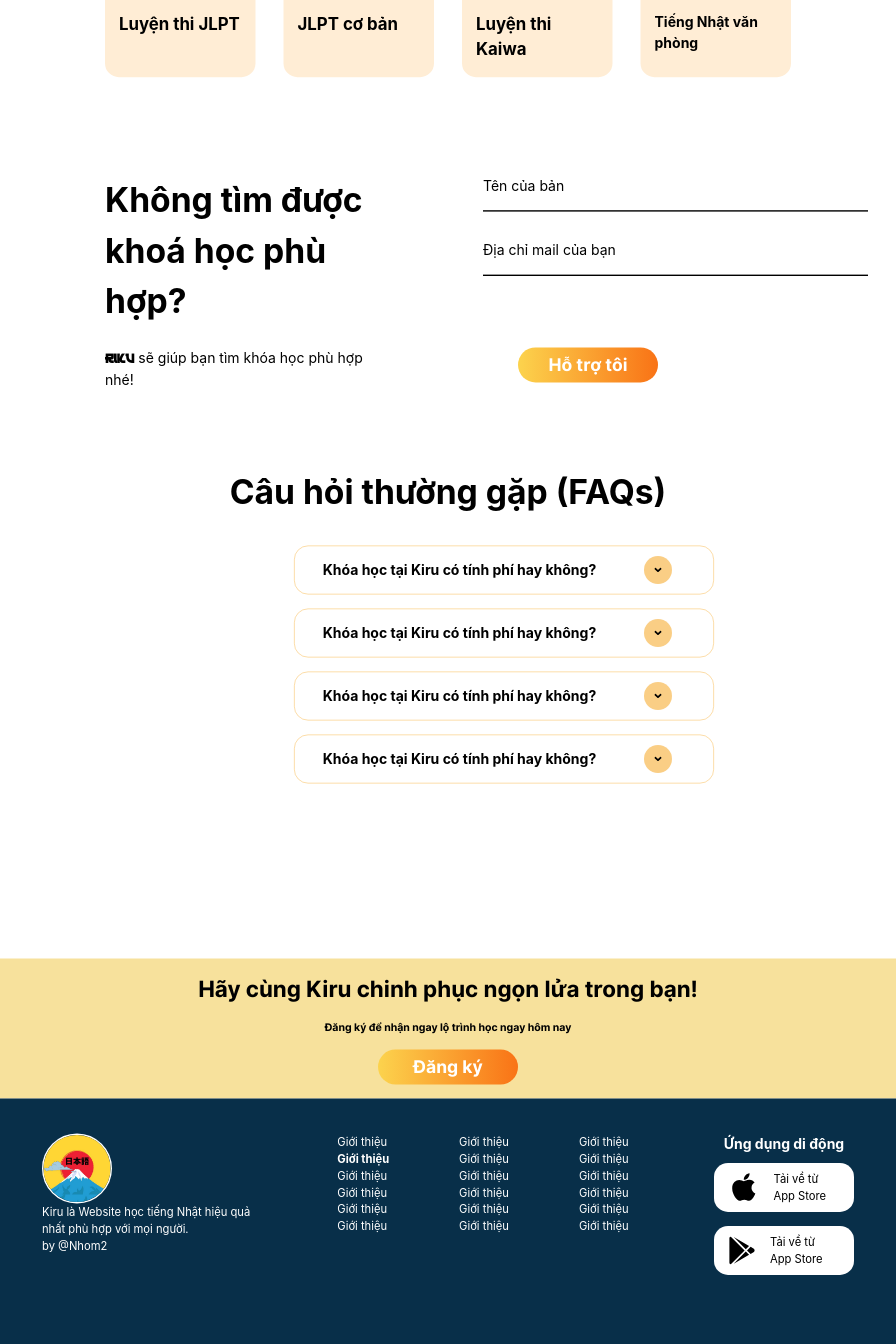
Repository: Quynhhuong150322/Kiru_Website-hoc-tieng-Nhat
Page: /
An editor plug-in stored every save of this project. The page is shown before and after the next save, followed by the edit.
The browser window is 1280 px wide. The pictures show the part of the page from y = 3205 to 5125 px (the page is 5125 px tall), at 70% of full size.
The project was rebuilt for these pictures with package versions that can differ from the ones it lists, and the page was loaded fresh each time.

Above is the page before, as saved 2023-08-17 02:31:01.

### public/index.html
<!DOCTYPE html>
<html lang="en">
  <head>
    <meta charset="utf-8" />
    <link rel="icon" href="%PUBLIC_URL%/favicon.ico" />
    <meta name="viewport" content="width=device-width, initial-scale=1" />
    <meta name="theme-color" content="#000000" />
    <meta
      name="description"
      content="Web site created using create-react-app"
    />
    <link rel="apple-touch-icon" href="%PUBLIC_URL%/logo192.png" />
    <!--
      manifest.json provides metadata used when your web app is installed on a
      user's mobile device or desktop. See https://developers.google.com/web/fundamentals/web-app-manifest/
    -->
    <link rel="manifest" href="%PUBLIC_URL%/manifest.json" />
    <!--
      Notice the use of %PUBLIC_URL% in the tags above.
      It will be replaced with the URL of the `public` folder during the build.
      Only files inside the `public` folder can be referenced from the HTML.

      Unlike "/favicon.ico" or "favicon.ico", "%PUBLIC_URL%/favicon.ico" will
      work correctly both with client-side routing and a non-root public URL.
      Learn how to configure a non-root public URL by running `npm run build`.
    -->
    <title>Kiru web</title>
  </head>
  <body>
    <noscript>You need to enable JavaScript to run this app.</noscript>
    <div id="root"></div>
    <!--
      This HTML file is a template.
      If you open it directly in the browser, you will see an empty page.

      You can add webfonts, meta tags, or analytics to this file.
      The build step will place the bundled scripts into the <body> tag.

      To begin the development, run `npm start` or `yarn start`.
      To create a production bundle, use `npm run build` or `yarn build`.
    -->
  </body>
</html>

### src/index.js
import React from 'react';
import ReactDOM from 'react-dom/client';
import './index.css';
import App from './App';
import reportWebVitals from './reportWebVitals';
import { BrowserRouter} from "react-router-dom";


const root = ReactDOM.createRoot(document.getElementById('root'));
root.render(
  <React.StrictMode>
    <BrowserRouter>
      <App />
    </BrowserRouter>
  </React.StrictMode>
);

// If you want to start measuring performance in your app, pass a function
// to log results (for example: reportWebVitals(console.log))
// or send to an analytics endpoint. Learn more: https://bit.ly/CRA-vitals
reportWebVitals();

### src/App.js
import './App.css';
import HeaderBefor from "./component/header_footer/HeaderBefor";
import Footer from "./component/header_footer/footer";
// import MyRoutes from './route/MyRoutes';
import GioiThieu from "./component/Gioi_thieu"
import KhoaHocBefor from "./component/Khoa_hoc_befor";
import LienHe from "./component/Lien_he";
import FAQs from "./component/FAQs";


function App() {
  return (
    <div className = "bg-white">
      {/* <MyRoutes></MyRoutes> */}
      <HeaderBefor></HeaderBefor>
      <GioiThieu></GioiThieu>
      <KhoaHocBefor></KhoaHocBefor>
      <LienHe></LienHe>
      <FAQs></FAQs>
      <Footer></Footer>
    </div>
  );
}

export default App;

### src/App.css
.App {
  text-align: center;
}

.App-logo {
  height: 40vmin;
  pointer-events: none;
}

@media (prefers-reduced-motion: no-preference) {
  .App-logo {
    animation: App-logo-spin infinite 20s linear;
  }
}

.App-header {
  background-color: #282c34;
  min-height: 100vh;
  display: flex;
  flex-direction: column;
  align-items: center;
  justify-content: center;
  font-size: calc(10px + 2vmin);
  color: white;
}

.App-link {
  color: #61dafb;
}

@keyframes App-logo-spin {
  from {
    transform: rotate(0deg);
  }
  to {
    transform: rotate(360deg);
  }
}

@font-face {
  font-family: Japanese;
  src: url(./font/Japanese\ 3017.ttf);
}

@font-face {
  font-family: InterBold;
  src: url(./font/Inter-Bold.ttf);
}

@font-face {
  font-family: InterRegular;
  src: url(./font/Inter-Regular.ttf);
}

@font-face {
  font-family: Montserrat;
  src: url(./font/MontserratAlternates-Bold.otf);
}

### src/component/header_footer/HeaderBefor.js
import React from "react";
import logo from "../../image/logo.png"
import { Link } from "react-router-dom";

const Header = () => {
    return (
        <div className = "bg-white top-0 h-[70px] ">
            <div class="flex justify-between items-center p-1">
                <Link to = "/">
                    <div className="flex flex-row items-center gap-5 pl-[50px] justify-center">
                        <img
                            className="h-[55px] w-55px] rounded-full "
                            src = {logo}
                            alt = "logo"
                        />
                        <div className="font-japanese text-[40px] font-bold">Kiru</div>
                    </div>
                </Link>
                <div className=""></div>
                    <ul className="flex space-x-4 justify-start gap-10 font-interBold text-[17px] pr-28 ">
                        <li className="hover:text-yellow-500">
                            <Link to = "/GioiThieu">Giới Thiệu</Link>
                        </li>
                        <li className="hover:text-yellow-500">
                            <Link to = "/LienHe">Liên hệ</Link>
                        </li>
                        <li className="hover:text-yellow-500">
                            <Link to = "/KhoaHocBefor">Khoá học</Link>
                        </li>
                        <li className="hover:text-yellow-500">
                            <Link to = "/FAQs">FAQs</Link>
                        </li>
                    </ul>
                <div className="pr-[50px] flex items-center ">
                    <ul className="flex space-x-4 justify-start gap-1 font-interBold text-[17px] items-center">
                        <li>
                            <button
                                type="button"
                                className="w-[117px] h-10 rounded-[20px] hover:border-2 border-amber-500 hover:text-sky-500">
                                Đăng nhập
                            </button>
                        </li>
                        <li>
                            <button
                                type="button"
                                className = "w-28 h-10 rounded-[20px] text-white bg-gradient-to-r from-amber-300  to-orange-500 hover:border-2 border-amber-700 hover:text-sky-500">
                                Đăng ký
                            </button>
                        </li>
                    </ul>
                </div>
            </div>

        </div>
    );
};
export default Header;

### src/component/header_footer/footer.js
import React from "react";
import logo from "../../image/logo.png";
import {FaApple, FaGooglePlay} from "react-icons/fa";

const Footer = () => {
    return (
        <div class="">
            <div className="h-[350px] bg-sky-950 flex justify-between pt-[50px] px-[60px]">
                <div className="flex-initial w-[300px]">
                    <img
                        className="h-[100px] w-100px] rounded-full border-2 border-white"
                        src = {logo}
                        alt = "logo"
                    />
                    <p className="text-white">Kiru là Website học tiếng Nhật hiệu quả nhất phù hợp với mọi người. <p className="">by @Nhom2</p></p>
                </div>
                <div className="flex flex-row gap-[100px]">
                    <ul class="list-none text-white">
                        <li>Giới thiệu</li>
                        <li className="hover:text-yellow-500 font-bold text-">Giới thiệu</li>
                        <li className="hover:text-yellow-500">Giới thiệu</li>
                        <li className="hover:text-yellow-500">Giới thiệu</li>
                        <li className="hover:text-yellow-500">Giới thiệu</li>
                        <li className="hover:text-yellow-500">Giới thiệu</li>
                    </ul>
                    <ul class="list-none text-white">
                        <li >Giới thiệu</li>
                        <li className="hover:text-yellow-500">Giới thiệu</li>
                        <li className="hover:text-yellow-500">Giới thiệu</li>
                        <li className="hover:text-yellow-500">Giới thiệu</li>
                        <li className="hover:text-yellow-500">Giới thiệu</li>
                        <li className="hover:text-yellow-500">Giới thiệu</li>
                    </ul>
                    <ul class="list-none text-white">
                        <li>Giới thiệu</li>
                        <li className="hover:text-yellow-500">Giới thiệu</li>
                        <li className="hover:text-yellow-500">Giới thiệu</li>
                        <li className="hover:text-yellow-500">Giới thiệu</li>
                        <li className="hover:text-yellow-500">Giới thiệu</li>
                        <li className="hover:text-yellow-500">Giới thiệu</li>
                    </ul>
                </div>
                <div className="">
                    <p className="text-white text-[20px] font-bold text-center pb-3">Ứng dụng di động</p>
                    <div className="h-[70px] w-[200px] bg-white rounded-[20px] flex gap-5 items-center">
                        <div className="pl-5">
                            <FaApple className="w-[45px] h-[45px]"/>
                        </div>
                        <div className="flex-initial w-64">
                            Tải về từ <p className="">App Store</p>
                        </div>
                    </div>
                    <div className="pt-5">
                        <div className="h-[70px] w-[200px] bg-white rounded-[20px] flex gap-5 items-center">
                            <div className="pl-5 ">
                                <FaGooglePlay className="w-[40px] h-[40px]"/>
                            </div>
                            <div className="flex-initial w-64">
                                Tải về từ <p className="">App Store</p>
                            </div>
                        </div>
                    </div>
                </div>
            </div>
        </div>

    );
}
export default Footer;

### src/component/Khoa_hoc_befor.js
import React from "react";
import photo4 from "../image/photo4.png";
import photo5 from "../image/photo5.png";
import photo6 from "../image/photo6.png";
import photo7 from "../image/photo7.png";

const KhoaHocBefor = () => {
    return (
        <div className="">
            <div className="">
                <div className="pt-[100px] pl-[150px] font-inter font-bold text-[48px] w-[650px]">Gợi ý khóa học có thể phù hợp với bạn</div>
                <dic className="flex flex-row gap-10 px-[150px] py-10">
                    <div className="w-[250px] h-[350px] bg-orange-100 rounded-[20px] py-5 px-5">
                        <div className="">
                            <img
                                className=" rounded-[20px]  "
                                src = {photo4}
                                alt = "Photo4"
                            />
                        </div>
                        <div className="pt-5 font-inter font-bold text-[24px]">Luyện thi JLPT</div>
                    </div>
                    <div className="w-[250px] h-[350px] bg-orange-100 rounded-[20px] py-5 px-5">
                        <div className="">
                            <img
                                className=" rounded-[20px]  "
                                src = {photo5}
                                alt = "Photo5"
                            />
                        </div>
                        <div className="pt-5 font-inter font-bold text-[24px]">JLPT cơ bản</div>
                    </div>
                    <div className="w-[250px] h-[350px] bg-orange-100 rounded-[20px] py-5 px-5">
                        <div className="">
                            <img
                                className=" rounded-[20px]  "
                                src = {photo6}
                                alt = "Photo6"
                            />
                        </div>
                        <div className="pt-5 font-inter font-bold text-[24px]">Luyện thi Kaiwa</div>
                    </div>
                    <div className="w-[250px] h-[350px] bg-orange-100 rounded-[20px] py-5 px-5">
                        <div className="">
                            <img
                                className=" rounded-[20px]  "
                                src = {photo7}
                                alt = "Photo7"
                            />
                        </div>
                        <div className="pt-5 font-inter font-bold text-[20px]">Tiếng Nhật văn phòng</div>
                    </div>
                </dic>
            </div>
        </div>
    )
}
export default KhoaHocBefor;

### src/component/Lien_he.js
import React from "react";


const LienHe = () => {
    return (
        <div className="">
            <div className="grid grid-cols-2 gap-[100px] pt-[100px]">
                <div className="font-inter font-bold text-[48px] pl-[150px] ">Không tìm được khoá học phù hợp?</div>
                <div className="">
                    <div className="">
                        <p className="font-inter  text-[20px] pb-5">Tên của bản</p>
                        <div className="h-[2px] w-[550px] bg-black "></div>
                    </div>
                    <div className="">
                        <p className="font-inter  text-[20px] pb-5 pt-10">Địa chỉ mail của bạn</p>
                        <div className="h-[2px] w-[550px] bg-black "></div>
                    </div>
                </div>
            </div>
            <div className="grid grid-cols-2 gap-[200px] pt-[30px]">
                <div className="font-inter text-[20px] pl-[150px]"><a className="font-japanese font-bold">Riku</a> sẽ giúp bạn tìm khóa học phù hợp nhé!</div>
                <div className="">
                    <button
                        type="button"
                        className = "w-[200px] h-[50px] rounded-[40px] text-white bg-gradient-to-r from-amber-300  to-orange-500 hover:border-2 border-amber-700 hover:text-sky-500 font-interBold text-[25px] items-center">
                        Hỗ trợ tôi
                    </button>
                </div>
            </div>

        </div>
    )
}
export default LienHe;

### src/component/FAQs.js
import React from "react";
import {FaAngleDown} from "react-icons/fa";


const FAQs = () => {
    return (
        <div className="">
            <div className="">
                <div className="pt-[110px] font-inter font-bold text-[48px] text-center pb-10">Câu hỏi thường gặp (FAQs)</div>
                <div className="px-[420px] content-center  ">
                    <div className="h-[70px] w-[600px]  border border-amber-500/50 rounded-[20px]  px-10 grid grid-cols-2 gap-[400px] items-center">
                        <p className="flex-initial w-[800px] font-bold text-[20px]">Khóa học tại Kiru có tính phí hay không?</p>
                        <div className="w-[40px] h-[40px] bg-amber-500/50 rounded-[30px] items-center py-3 pl-3">
                            <FaAngleDown/>
                        </div>
                    </div>
                </div>
                <div className="px-[420px] content-center pt-5 ">
                    <div className="h-[70px] w-[600px]  border border-amber-500/50 rounded-[20px]  px-10 grid grid-cols-2 gap-[400px] items-center">
                        <p className="flex-initial w-[800px] font-bold text-[20px]">Khóa học tại Kiru có tính phí hay không?</p>
                        <div className="w-[40px] h-[40px] bg-amber-500/50 rounded-[30px] items-center py-3 pl-3">
                            <FaAngleDown/>
                        </div>
                    </div>
                </div>
                <div className="px-[420px] content-center pt-5 ">
                    <div className="h-[70px] w-[600px]  border border-amber-500/50 rounded-[20px]  px-10 grid grid-cols-2 gap-[400px] items-center">
                        <p className="flex-initial w-[800px] font-bold text-[20px]">Khóa học tại Kiru có tính phí hay không?</p>
                        <div className="w-[40px] h-[40px] bg-amber-500/50 rounded-[30px] items-center py-3 pl-3">
                            <FaAngleDown/>
                        </div>
                    </div>
                </div>
                <div className="px-[420px] content-center pt-5 ">
                    <div className="h-[70px] w-[600px]  border border-amber-500/50 rounded-[20px]  px-10 grid grid-cols-2 gap-[400px] items-center">
                        <p className="flex-initial w-[800px] font-bold text-[20px]">Khóa học tại Kiru có tính phí hay không?</p>
                        <div className="w-[40px] h-[40px] bg-amber-500/50 rounded-[30px] items-center py-3 pl-3">
                            <FaAngleDown/>
                        </div>
                    </div>
                </div>
            </div>
            <div className="pt-[250px] ">
                <div className="h-[200px] bg-yellow-500/40 items-center">
                    <div className="text-[32px] font-interBold text-center pt-5">Hãy cùng Kiru chinh phục ngọn lửa trong bạn!</div>
                    <p className="text-[15px] font-interBold text-center pt-5">Đăng ký để nhận ngay lộ trình học ngay hôm nay</p>
                    <div className="text-center pt-5">
                        <button
                            type="button"
                            className = "w-[200px] h-[50px] rounded-[40px] text-white bg-gradient-to-r from-amber-300  to-orange-500 hover:border-2 border-amber-700 hover:text-sky-500 font-interBold text-[25px] items-center">
                            Đăng ký
                        </button>
                    </div>
                </div>
            </div>
        </div>
    )
}
export default FAQs;

### tailwind.config.js
/** @type {import('tailwindcss').Config} */
module.exports = {
  content: ["./src/**/*.{html,js}"],
  // plugins: [require("tailwind-scrollbar")],
  theme: {
    extend: {
      fontSize: {
        sm: '9px',
        base: '13px',
        xl: '20px',
        '2xl': '60px',
        '3xl': '80px',
        '4xl': '90px',
        '5xl': '100px',
      }
    },
    screens: {
      'sm': {'min': '400px', 'max': '767px'},
      // => @media (min-width: 640px and max-width: 767px) { ... }

      'md': {'min': '768px', 'max': '1023px'},
      // => @media (min-width: 768px and max-width: 1023px) { ... }

      'lg': {'min': '1024px', 'max': '1279px'},
      // => @media (min-width: 1024px and max-width: 1279px) { ... }

      'xl': {'min': '1280px', 'max': '1535px'},
      // => @media (min-width: 1280px and max-width: 1535px) { ... }

      '2xl': {'min': '1536px'},
      // => @media (min-width: 1536px) { ... }
    },

    fontFamily: {
      japanese: ['"Japanese"'],
      interBold: ['"InterBold"'],
      interRegular: ['"InterRegular"'],
      montserrat: ['"Montserrat"']
    },
  },
  plugins: [],
}

Loaded but not shown: src/index.css (common file); src/reportWebVitals.js (common file); src/component/Gioi_thieu.js (187 lines, source omitted)

After the next save:
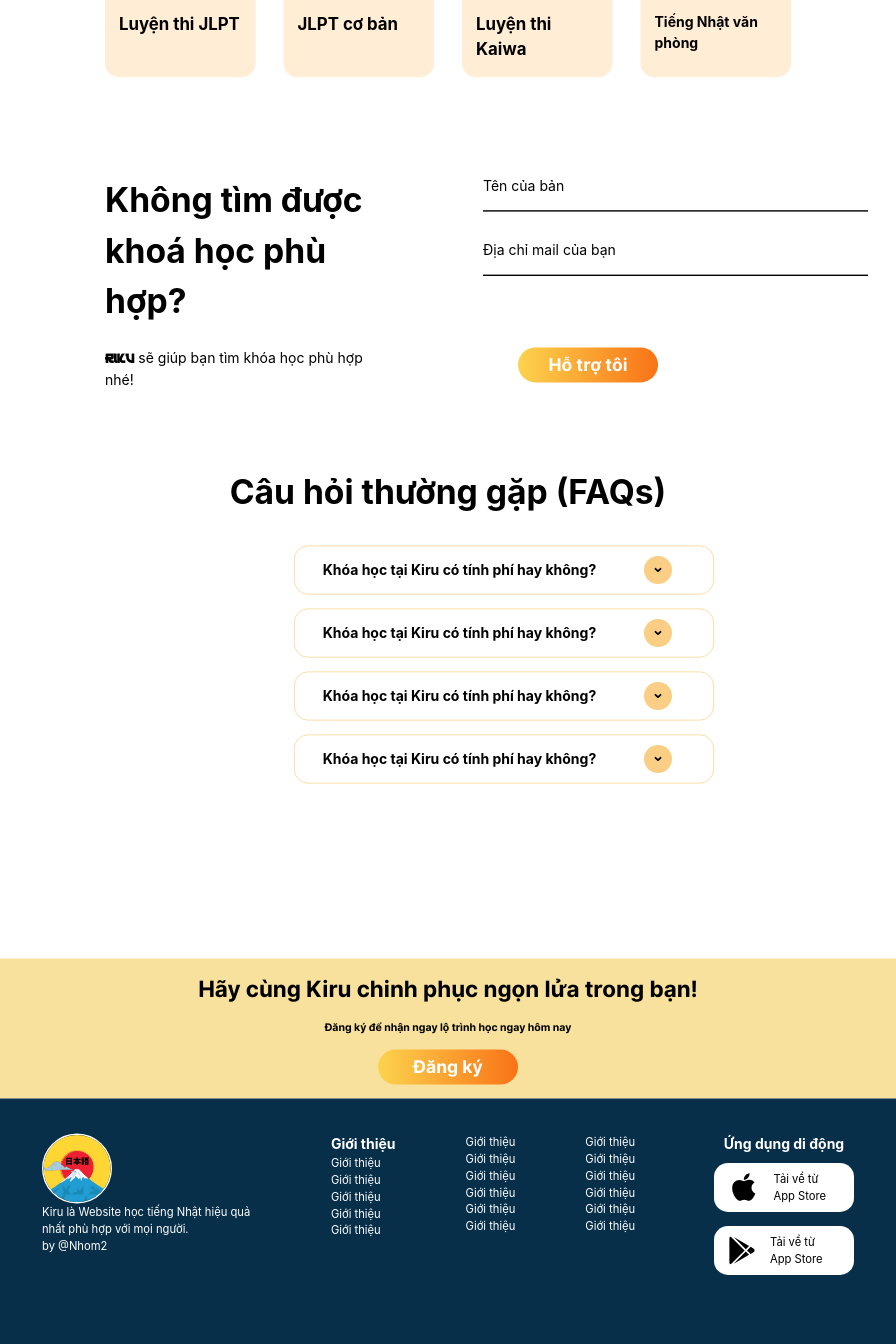
Saved 26 s later.
--- a/src/component/header_footer/footer.js
+++ b/src/component/header_footer/footer.js
@@ -16,8 +16,8 @@ const Footer = () => {
                 </div>
                 <div className="flex flex-row gap-[100px]">
                     <ul class="list-none text-white">
-                        <li>Giới thiệu</li>
-                        <li className="hover:text-yellow-500 font-bold text-">Giới thiệu</li>
+                        <li className="font-bold text-[20px]">Giới thiệu</li>
+                        <li className="hover:text-yellow-500 ">Giới thiệu</li>
                         <li className="hover:text-yellow-500">Giới thiệu</li>
                         <li className="hover:text-yellow-500">Giới thiệu</li>
                         <li className="hover:text-yellow-500">Giới thiệu</li>
